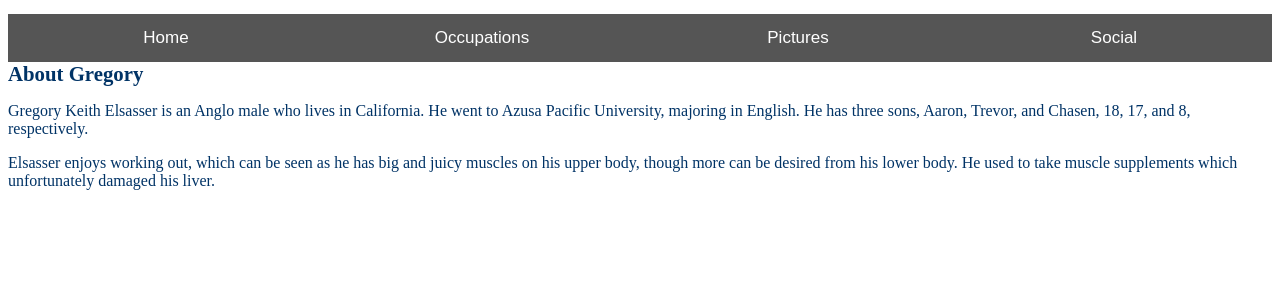
Repository: mtcheng7104/mtcheng7104.github.io
Page: website/index.html
The author's editor kept a record of every edit. The page is drawn from the files as they stood at one moment, then again after the next edit.
The browser window is 1280 px wide. The pictures show the whole page.

Above is the page before.

### website/index.html
<!DOCTYPE html>
   <html>
     <head>
         <link href="website.css" rel="stylesheet" type="text/css">
         <link rel="stylesheet" href="https://cdnjs.cloudflare.com/ajax/libs/font-awesome/4.7.0/css/font-awesome.min.css">
<meta name="viewport" content="width=device-width, initial-scale=1">
       <title>Gregory Keith Elsasser Fanpage</title>
<style>


  </style>
     </head>
     <body>
        <div class="topnav">
        <button class="tablink" onclick="openPage('About', this)"id="defaultOpen">Home</button>
        <button class="tablink" onclick="openPage('Occupations', this)">Occupations</button>
        <button class="tablink" onclick="openPage('Pictures', this)">Pictures</button>
        <button class="tablink" onclick="openPage('Social', this)">Social</button>
        </div>
        <div id = "About" class="tabcontent">
            <h1>
                About Gregory
            </h1>
            <p>
                Gregory Keith Elsasser is an Anglo male who lives in California. He went to Azusa
                Pacific University, majoring in English. He has three sons, Aaron, Trevor, and Chasen, 18, 17, and
                8, respectively.
            </p>
            <p>
                Elsasser enjoys working out, which can be seen as he has big and juicy muscles on his upper body,
                though more can be desired from his lower body. He used to take muscle supplements which unfortunately damaged
                his liver.
            </p>
        </div >
        <div id = "Occupations" class="tabcontent">
            <h1>
                Occupations
            </h1>
            <p>
                Elsasser is an Englsh teacher at Warren High School.
                Classes he teach are Honors English 9, Honors English 10, and English 11. He has taught in the Los Angeles County for 28 years.
                At Warren, he chaperones the EF Education First Europe Tours.
            </p>
            <p>
                Elsasser has had other different occupations. He was once a private detective, but resigned after being held at gunpoint. As of currently, he is a published playwright,
                author, and teacher, of course. He also wrote and create the award-winning television show, "The Adventures of Roman and Jorge". He also has had a history in acting,
                and appeared in "Audacity", a Living Waters film. He has also appeared in several episodes of "The Way of the Master" TV show.
            </p>
        </div>
       <div id = "Pictures" class="tabcontent">
            <h1>
                Pictures
            </h1>
          <img src="greg.jpg" alt ="Gregory Keith Elsasser" class="center"/>
          <img src="gregandwife.jpg" alt ="Gregory Keith Elsasser" class="center"/>
          <img src="gregoryandhisboys.jpg" alt ="Gregory Keith Elsasser" class="center"/>
          <img src="juicy.jpg" alt ="Gregory Keith Elsasser" class="center"/>
          <img src="smuggreg.jpg" alt ="Gregory Keith Elsasser" class="center"/>
 </div>
 <div id="Social" class="tabcontent">
  <h1>Social</h1>
  <p>Links to Gregory's social media</p>
    <button onclick="facebook()">Facebook</button>
    <button onclick="twitter()">Twitter</button>
    <button onclick="youtube()">YouTube</button>
    <button onclick="instagram()">Instagram</button>
</div>
    <script>
function openPage(pageName,elmnt,color) {
  var i, tabcontent, tablinks;
  tabcontent = document.getElementsByClassName("tabcontent");
  for (i = 0; i < tabcontent.length; i++) {
    tabcontent[i].style.display = "none";
  }
  tablinks = document.getElementsByClassName("tablink");
  for (i = 0; i < tablinks.length; i++) {
    tablinks[i].style.backgroundColor = "";
  }
  document.getElementById(pageName).style.display = "block";
  elmnt.style.backgroundColor = color;
}
document.getElementById("defaultOpen").click();
</script>
<script>
function facebook() {
  location.replace("https://www.facebook.com/greg.elsasser")
}
</script>
<script>
function twitter() {
  location.replace("https://www.facebook.com/greg.elsasser")
}
</script>
<script>
function youtube() {
  location.replace("https://www.facebook.com/greg.elsasser")
}
</script>
<script>
function instagram() {
  location.replace("https://www.facebook.com/greg.elsasser")
}
</script>
    </body>
  </html>

### website/website.css
body{
       font-family: "Marker Felt", "Comic Sans MS", fantasy;
 	 color: #003366;
    }

    h1  {
 	   font-size: 1.3em;
 	   text-align: left;

    }

.tablink {
  background-color: #555;
  color: white;
  float: left;
  border: none;
  outline: none;
  cursor: pointer;
  padding: 14px 16px;
  font-size: 17px;
  width: 25%;
}
.center {
  display: block;
  margin-left: auto;
  margin-right: auto;
  width: 50%;
}

After the next edit:
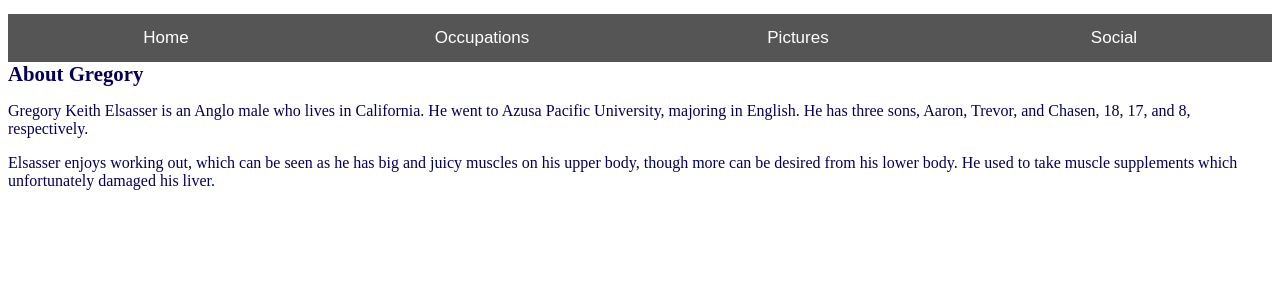
The edit:
--- a/website/website.css
+++ b/website/website.css
@@ -1,6 +1,6 @@
 body{
        font-family: "Marker Felt", "Comic Sans MS", fantasy;
- 	 color: #003366;
+ 	 color: #040055;
     }
 
     h1  {
